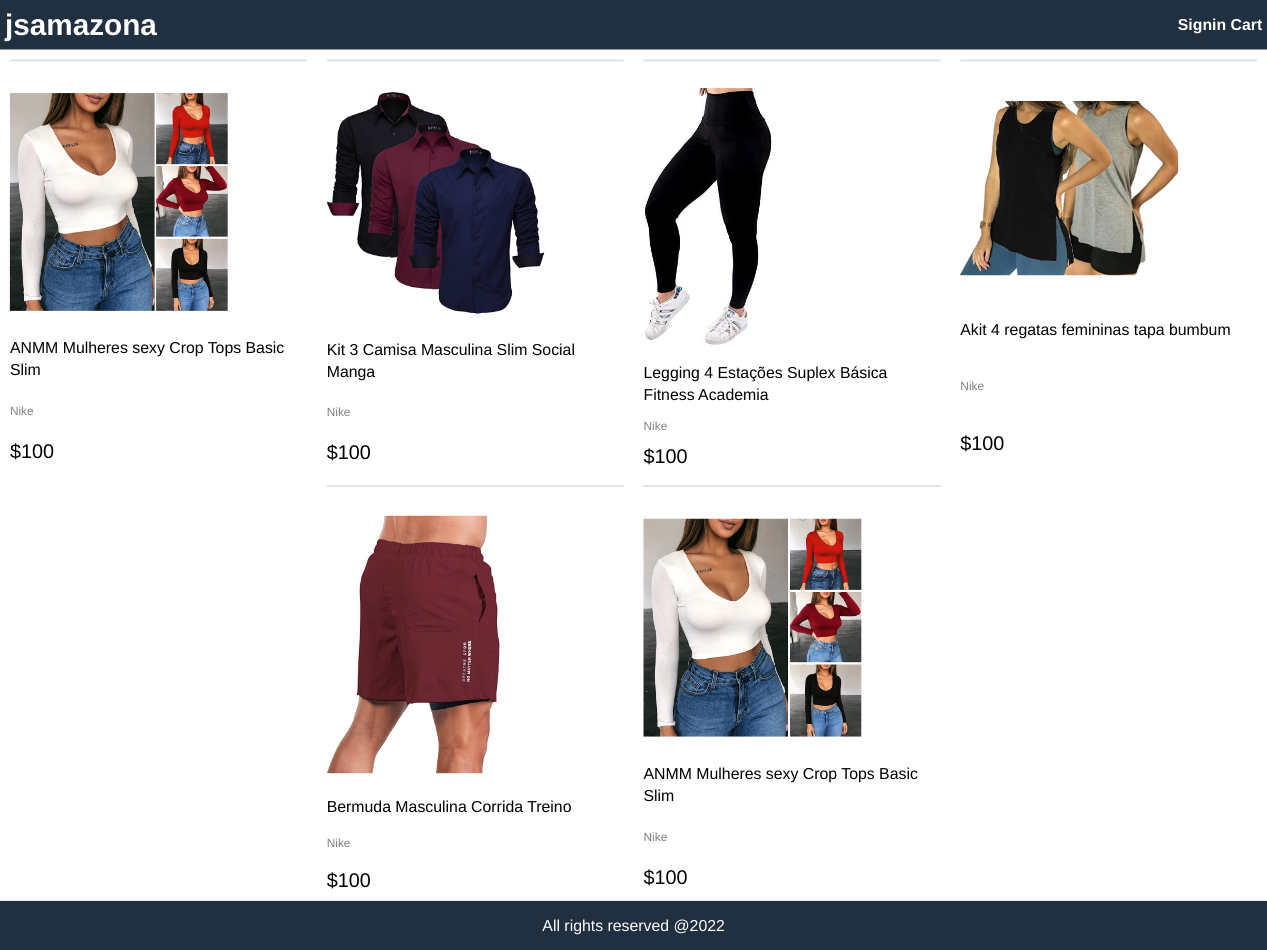
Repository: Mardoqueu/ecommerce-website
Page: jsamazona/frontend/src/index.html
These files come from the project's save history. The page is drawn as it stood at one moment and after the next save; the edit follows.
The browser window is 1280 px wide. The pictures show the whole page, at 99% of full size.

Above is the page before, as saved 2022-09-12 10:34:30.

After the next save:
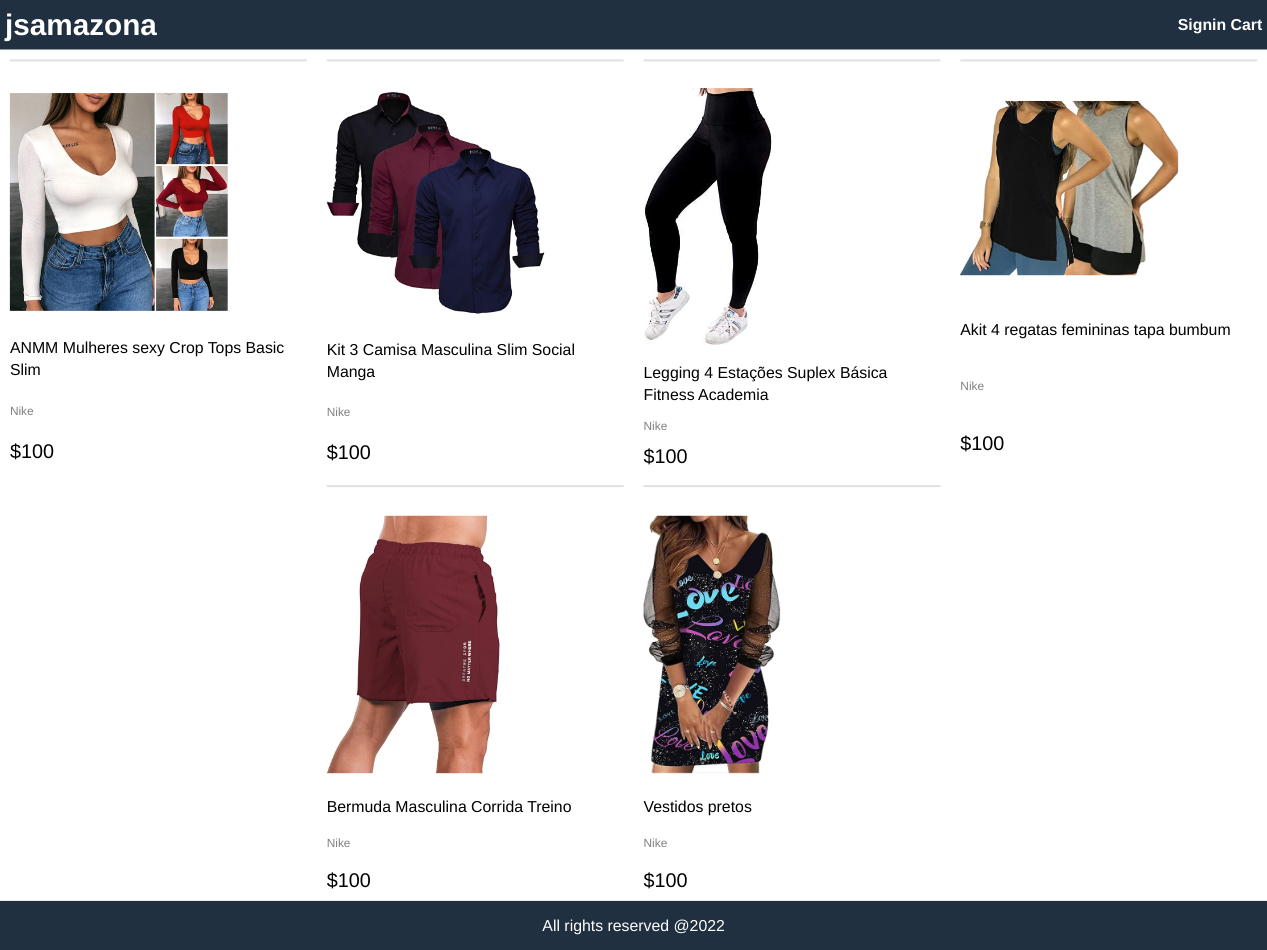
Saved 103 s later.
--- a/jsamazona/frontend/src/index.html
+++ b/jsamazona/frontend/src/index.html
@@ -92,12 +92,10 @@
             <li>
               <div class="product">
                 <a href="/#/products/1">
-                  <img src="images/product-1.jpg" alt="product 1" />
+                  <img src="images/product-6.jpg" alt="product 1" />
                 </a>
                 <div class="product-name">
-                  <a href="/#/products/1">
-                    ANMM Mulheres sexy Crop Tops Basic Slim
-                  </a>
+                  <a href="/#/products/1"> Vestidos pretos </a>
                 </div>
                 <div class="product-brand">Nike</div>
                 <div class="product-price">$100</div>
